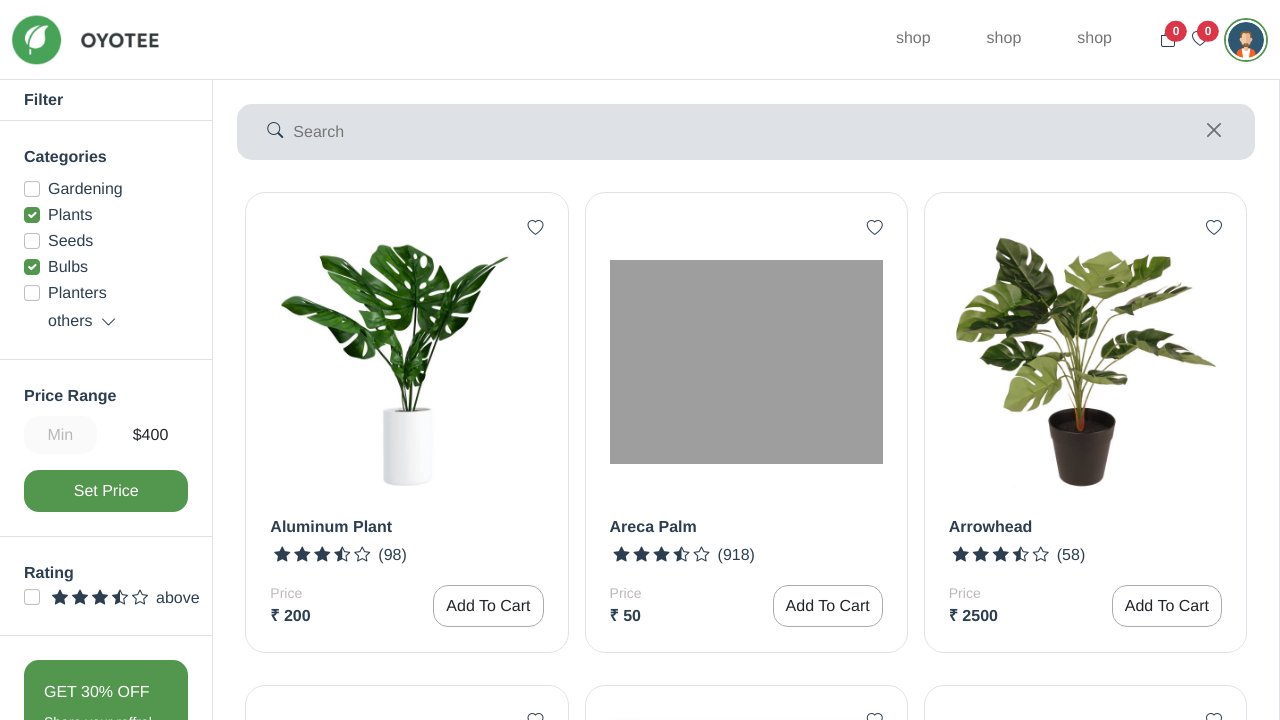
Repository: arpitaWebD/PlantShopping
Page: /
An editor plug-in stored every save of this project. The page is shown before and after the next save, followed by the edit.
The browser window is 1280 px wide. The pictures show the whole page.
Pictures or frames that could not be fetched are drawn as grey boxes. An inner scrolling area shows only its first screen. Some web libraries are served in a nearby version. The project was rebuilt for these pictures with package versions that can differ from the ones it lists, and the page was loaded fresh each time. Also part of the build but not shown: src/components/ProductPreview.vue, src/views/AddToCart.vue, src/views/WishList.vue, src/components/Login.vue.

Above is the page before, as saved 2022-01-24 15:31:26.

### index.html
<!DOCTYPE html>
<html lang="en">
<head>
  <meta charset="UTF-8">
  <link rel="icon" href="/favicon.ico" />
  <meta name="viewport" content="width=device-width, initial-scale=1.0">
  <!-- bootstrap -->
  <link href="https://cdn.jsdelivr.net/npm/bootstrap@5.1.3/dist/css/bootstrap.min.css" rel="stylesheet"
    integrity="sha384-1BmE4kWBq78iYhFldvKuhfTAU6auU8tT94WrHftjDbrCEXSU1oBoqyl2QvZ6jIW3" crossorigin="anonymous" />
  <!--icons -->
  <link rel="stylesheet" href="https://cdn.jsdelivr.net/npm/bootstrap-icons@1.7.1/font/bootstrap-icons.css" />
  <link rel="stylesheet" href="./src/index.css">
  <title>Vite App</title>
</head>
<body>
  <div id="app"></div>
  <script src="https://cdn.jsdelivr.net/npm/bootstrap@5.0.2/dist/js/bootstrap.bundle.min.js"
    integrity="sha384-MrcW6ZMFYlzcLA8Nl+NtUVF0sA7MsXsP1UyJoMp4YLEuNSfAP+JcXn/tWtIaxVXM" crossorigin="anonymous"></script>
  <script type="module" src="/src/main.js"></script>
</body>
</html>

### src/index.css
#app {
  font-family: Avenir, Helvetica, Arial, sans-serif;
  -webkit-font-smoothing: antialiased;
  -moz-osx-font-smoothing: grayscale;
  color: #2c3e50;
  height: 100vh;
}

body {
  margin: 0;
  height: 100vh;
}

/* color code */
:root {
  --green: #175b19;
  --secondary-color: #ffc327;
  --light-gray: #f6f6f6;
  --dark-gray: #485853;
  --primary-color: #53974f;
  --dark-green: #08220e;
  --light-green: #abb3a3;
  --brown: #957f65;
}

a {
  text-decoration: none;
  color: #2c3e50;
}

.primary-btn {
  width: 100%;
  border-radius: 15px;
  color: #fff;
  background: #53974f;
  line-height: 1;
  height: 42px;
  text-transform: capitalize;
  display: flex;
  justify-content: center;
  align-items: center;
}

.primary-btn:hover {
  color: #fff;
}

.primary-btn.yellow-btn {
  background: #ffc327;
  color: var(--dark-gray);
}

.secondary-btn {
  width: 100%;
  border-radius: 15px;
  border: 1px solid #ababab;
  line-height: 1;
  height: 42px;
  text-transform: capitalize;
  display: flex;
  justify-content: center;
  align-items: center;
  cursor: pointer;
  font-weight: 500;
}

.secondary-btn:hover,
.secondary-btn.active {
  color: #fff;
  background: #53974f;
}

.secondary-btn:hover a,
.secondary-btn.active a {
  color: #fff;
}

.btn-check:focus+.btn,
.btn:focus {
  box-shadow: none;
}

.form-check-input:checked {
  background-color: #53974f;
  border-color: #53974f;
}

.form-check-input:checked+.form-check-label {
  font-weight: 500;
}

input:focus {
  outline: 0;
}

/* header */
.header {
  height: 80px;
}

.header .logo {
  height: 50px;
}

.n-links li {
  color: #ababab;
  height: 100%;
  display: flex;
  align-items: center;
  margin-right: 40px;
  cursor: pointer;
  border-bottom: 3px solid transparent;
}

.n-links li.active {
  color: #000;
  border-bottom: 3px solid #53974f;
}

.cart-icon {
  position: relative;
  cursor: pointer;
}

.cart-icon .cart-badge {
  position: absolute;
  background: #dc3545;
  color: #fff;
  border-radius: 100%;
  height: 17px;
  width: 17px;
  font-size: 10px;
  display: flex;
  align-items: center;
  justify-content: center;
  right: -5px;
  bottom: 0;
  border: 2px solid #fff;
}

.avatar-icon {
  border: 2px solid #53974f;
  border-radius: 100%;
}

.avatar-icon img {
  border: 2px solid #fff;
  border-radius: 100%;
}

/* left sidebar */
.left-sidebar .left-sidebar-header {
  text-transform: capitalize;
  font-weight: 600;
  text-align: left;
  display: block;
}

.disable-btn {
  background: #fafafa;
  border-radius: 15px;
  display: flex;
  justify-content: center;
  align-items: center;
  text-transform: capitalize;
  color: #b8b8b8;
}

.discount-card {
  background-color: #53974f;
  border-radius: 15px;
  padding: 20px;
  color: #fff;
}

.discount-card .title {
  font-weight: 500;
  text-transform: uppercase;
}

.sub-title {
  font-size: 14px;
}

/* main */
.search-icon {
  border-radius: 15px;
  background: #dee2e6;
  padding: 15px 30px;
}

.search-icon-round {
  border-radius: 15px 15px 0 0;
}

.search-icon input {
  background-color: transparent;
}

.product-card {
  border: 1px solid #ababab;
  border-radius: 20px;
  position: relative;
  background-color: #fff;
  cursor: pointer;
}

.product-card img {
  height: 290px;
  width: 100%;
  object-fit: contain;
}

.add-product img {
  height: 90px;
}

.product-card .img-section {
  position: relative;
}

.product-card .img-section .like-icon {
  position: absolute;
  right: 0;
  top: 0;
}

.like-icon {
  cursor: pointer
}

.product-card .price-name {
  color: #bfb8b8;
  font-size: 14px;
}

/* right0sidebar */
.right-sidebar {
  position: relative;
  height: 100%;
}

.rs-footer {
  position: absolute;
  bottom: 0;
  width: calc(100% - 3rem);
  background: #fff;
}

.right-sidebar .main-title {
  font-size: 22px;
  font-weight: 500;
  text-transform: capitalize;
  white-space: nowrap;
  overflow: hidden;
  text-overflow: ellipsis;
}
.right-sidebar .img-section {
  height: 200px;
}
.right-sidebar .main-subtitle {
  font-size: 14px;
  color: #ababb8;
  line-height: 16px;
  white-space: nowrap;
  overflow: hidden;
  text-overflow: ellipsis;
}

.tab {
  text-transform: capitalize;
  text-align: center;
  border-bottom: 3px solid transparent;
  cursor: pointer;
  padding-bottom: 10px;
}

.tab-active {
  border-bottom: 3px solid #53974f;
}

.rs-img-section {
  position: relative;
}

.rs-close {
  right: 0;
  top: 10px;
  background: #fafafa;
  height: 30px;
  width: 30px;
  border-radius: 7px;
  display: flex;
  justify-content: center;
  align-items: center;
  position: absolute;
  cursor: pointer;
}

.rs-slider .rs-slider-img {
  height: 50px;
  width: 50px;
  display: flex;
  align-items: center;
  justify-content: center;
  justify-content: space-between;
  border-radius: 10px;
}

.rs-slider-img img {
  object-fit: cover;
  height: 100%;
  width: 100%;
  border-radius: 10px;
}

.hidden {
  display: none;
}

.modal-new {
  left: 50%;
  top: 50%;
  z-index: 2;
  background: #fff;
  transform: translate(-50%, -50%);
  padding: 30px;
  border-radius: 30px;
  position: absolute;
}

.overlay {
  width: 100vw;
  height: 100vh;
  background: #0a0a0a9c;
  z-index: 1;
  position: absolute;
  inset: 0;
}

.close-modal {
  border: none;
  background: transparent;
  position: absolute;
  right: 10px;
  font-size: 50px;
  top: -10px;
}

.search-menu {
  position: relative;
}

.search-dropdown {
  position: absolute;
  background: #fff;
  width: 100%;
  z-index: 1;
}

.search-dropdown ul li {
  padding: 10px;
  cursor: pointer;
}

.search-dropdown ul li:hover {
  background: #e1e1e1;
}

.search-dropdown ul li:not(:last-child) {
  border-bottom: 1px solid #dee2e6;
}

.search-dropdown ul li:last-child {
  border-radius: 0 0 15px 15px;
}

.search-dropdown ul {
  box-shadow: 0 4px 5px #0000006b;
  border-radius: 0 0 15px 15px;
}

.product-detail {
  height: calc(100% - 100px);
  overflow: auto;
}

.addCart-card {
  height: calc(100% - 80px);
  overflow: hidden;
}

.fav-icon {
  color: #dc3545;
}

@media screen and (max-width: 767px) {
  .product-card img {
    height: 290px;
    width: 100%;
    max-height: 200px;
    max-width: 100%;
    object-fit: contain;
  }

  img.logo {
    height: 48px;
  }

  .navbar-collapse {
    position: absolute;
    top: 80px;
    left: 0px;
    width: 100%;
    background: rgb(248, 249, 250);
    z-index: 1;
    box-shadow: rgba(50, 50, 93, 0.25) 0px 6px 12px -2px, rgba(0, 0, 0, 0.3) 0px 3px 7px -3px;
  }

  .addCart-card img {
    width: 100%;
  }
}

### src/App.vue
<template>
  <Navbar />
  <router-view />
</template>

<script>
import Navbar from "./components/Navbar.vue";
export default {
  components: {
    Navbar,
  },
};
</script>

### src/router.js

import { createRouter, createWebHistory } from "vue-router";
import Home from "./views/Home.vue";
import AddCart from "./views/AddToCart.vue";
import WishList from "./views/WishList.vue";
import Login from "./components/Login.vue";

const routes = [
    {
        path: "/",
        name: "Home",
        component: Home
    },
    {
        path: "/AddCart",
        name: "AddCart",
        component: AddCart
    },
    {
        path: "/WishList",
        name: "WishList",
        component: WishList
    },
    {
        path: "/login",
        name: "login",
        component: Login
    },
]
const router = createRouter({

    history: createWebHistory(),
    routes
});
export default router

### src/components/Navbar.vue
<template>
  <nav class="navbar navbar-expand-md navbar-light border-bottom header">
    <div class="container-fluid">
      <a class="navbar-brand" href="#">
        <router-link :to="{ name: 'Home' }">
          <img src="../assets/logo.png" alt="logo" class="logo" />
        </router-link>
      </a>
      <button
        class="navbar-toggler"
        type="button"
        data-bs-toggle="collapse"
        data-bs-target="#navbarNavAltMarkup"
      >
        <span class="navbar-toggler-icon"></span>
      </button>
      <div
        class="collapse navbar-collapse justify-content-md-end justify-content-center"
        id="navbarNavAltMarkup"
      >
        <div class="navbar-nav">
          <ul
            class="d-flex flex-column flex-md-row list-unstyled mb-0 h-100 align-items-center n-links"
          >
            <li class="nav-link">shop</li>
            <li class="nav-link">shop</li>
            <li class="nav-link">shop</li>
          </ul>
        </div>
        <div class="d-flex justify-content-center align-items-center">
          <div class="dropdown">
            <router-link :to="{ name: 'AddCart' }">
              <div class="me-3 cart-icon">
                <i class="bi bi-bag fa-2x"></i>
                <span
                  class="position-absolute bottom-0 start-100 translate-middle badge rounded-pill bg-danger"
                  >{{ cart.length }}</span
                >
              </div>
            </router-link>
          </div>
          <div class="me-3">
            <router-link :to="{ name: 'WishList' }">
              <div class="cart-icon">
                <i class="bi bi-heart fa-2x"></i>
                <span
                  class="position-absolute bottom-0 start-100 translate-middle badge rounded-pill bg-danger"
                  >{{ wishList.length }}</span
                >
              </div>
            </router-link>
          </div>
          <div class="avatar-icon">
            <img src="../assets/avatar.png" alt="avatar" width="40" />
          </div>
        </div>
      </div>
    </div>
  </nav>
</template>

<script>
import { mapState, mapMutations } from "vuex";
export default {
  computed: {
    ...mapState(["products", "cart", "wishList"]),
  },
};
</script>

### src/views/Home.vue
<template>
  <div class="addCart-card row p-0 m-0 flex-grow-1 main">
    <!-- <Login /> -->
    <LeftSidebar />
    <ProductView />
  </div>
</template>

<script>
import ProductView from "../views/ProductView.vue";
import LeftSidebar from "../views/LeftSidebar.vue";
// import Login from "../components/Login.vue";
export default {
  name: "Home",
  components: {
    ProductView,
    LeftSidebar,
  },
};
</script>

### src/views/ProductView.vue
<template>
  <div class="col-lg-9 col-xl-10 col-md-8 p-0 h-100">
    <div class="row m-0 h-100">
      <div
        class="border-end p-4 h-100 overflow-auto"
        :class="[showPreview ? 'col-md-7 col-lg-8' : 'col-lg-12 col-md-12']"
      >
        <Search :searchItem="searchItem" :filterProduct="filterProduct" />
        <div v-if="search.length > 0">
          Searching for <b>{{ search }}</b>
        </div>
        <div v-if="filterProduct.length">
          <div class="row g-3 m-0">
            <div
              class="col-sm-12"
              :class="[
                showPreview
                  ? 'col-md-12 col-xl-6 col-xxl-4'
                  : 'col-md-6 col-lg-4',
              ]"
              v-for="(product, index) in filterProduct"
              :key="index"
            >
              <Product :products="product" />
            </div>
          </div>
        </div>
        <div v-else class="d-flex justify-content-center">
          <img src="../assets/no-result.png" />
        </div>
      </div>
      <div class="col-md-5 col-lg-4 p-0" v-show="showPreview">
        <ProductPreview
          v-for="productPreview in productPreviews"
          :key="productPreview.id"
          :productPreviews="productPreview"
        />
      </div>
    </div>
  </div>
</template>

<script>
import Product from "../components/Product.vue";
import ProductPreview from "../components/ProductPreview.vue";
import Search from "../components/Search.vue";
import { mapMutations, mapState, mapGetters } from "vuex";
export default {
  components: {
    Product,
    ProductPreview,
    Search,
  },
  data() {
    return {
      search: "",
    };
  },
  computed: {
    ...mapState(["products", "showPreview", "productPreviews"]),
    ...mapGetters(["getProduct"]),

    filterProduct() {
      return this.products.filter((product) => {
        var productName = product.name.toLowerCase();
        var searchName = this.search.toLowerCase();
        return productName.includes(searchName);
      });
    },
  },
  methods: {
    ...mapMutations(["productPreview"]),
    searchItem(search) {
      this.search = search;
      console.log(search);
      return search;
    },
  },
};
</script>

### src/views/LeftSidebar.vue
<template>
  <div class="col-md-4 col-lg-3 col-xl-2 p-0 border-end left-sidebar h-100">
    <div class="border-bottom px-4 py-2">
      <span class="left-sidebar-header">filter</span>
    </div>
    <div class="border-bottom p-4">
      <span class="left-sidebar-header">categories</span>
      <div class="mt-2">
        <div>
          <div class="form-check">
            <input
              class="form-check-input"
              type="checkbox"
              value=""
              id="flexCheckDefault"
            />
            <label class="form-check-label" for="flexCheckDefault">
              Gardening
            </label>
          </div>
          <div class="form-check">
            <input
              class="form-check-input"
              type="checkbox"
              value=""
              id="flexCheckChecked"
              checked
            />
            <label class="form-check-label" for="flexCheckChecked">
              Plants
            </label>
          </div>
          <div class="form-check">
            <input
              class="form-check-input"
              type="checkbox"
              value=""
              id="flexCheckDefault1"
            />
            <label class="form-check-label" for="flexCheckDefault1">
              Seeds
            </label>
          </div>
          <div class="form-check">
            <input
              class="form-check-input"
              type="checkbox"
              value=""
              id="flexCheckChecked2"
              checked
            />
            <label class="form-check-label" for="flexCheckChecked2">
              Bulbs
            </label>
          </div>

          <div class="form-check">
            <input
              class="form-check-input"
              type="checkbox"
              value=""
              id="flexCheckDefault3"
            />
            <label class="form-check-label" for="flexCheckDefault3">
              Planters
            </label>
          </div>
        </div>
        <div class="d-flex align-items-center ms-4">
          <span>others</span>
          <span class="d-flex mt-1 ms-2"
            ><i class="bi bi-chevron-down"></i
          ></span>
        </div>
      </div>
    </div>
    <div class="border-bottom p-4">
      <span class="left-sidebar-header">Price range</span>
      <div class="mt-2 d-flex mb-3">
        <div class="w-50 me-3 disable-btn">min</div>
        <div class="w-50 btn secoudary-btn">$400</div>
      </div>
      <div>
        <button class="btn primary-btn" type="button">set price</button>
      </div>
    </div>
    <div class="border-bottom p-4">
      <span class="left-sidebar-header">Rating</span>
      <div class="d-flex align-items-center">
        <div class="form-check">
          <input
            class="form-check-input"
            type="checkbox"
            value=""
            id="flexCheckDefault"
          />
        </div>
        <div class="d-flex">
          <span class="ms-1"><i class="bi bi-star-fill"></i></span>
          <span class="ms-1"><i class="bi bi-star-fill"></i></span>
          <span class="ms-1"><i class="bi bi-star-fill"></i></span>
          <span class="ms-1"><i class="bi bi-star-half"></i></span>
          <span class="ms-1"><i class="bi bi-star"></i></span>
        </div>
        <div class="ms-2">above</div>
      </div>
    </div>
    <div class="p-4">
      <div class="discount-card d-flex flex-column">
        <span class="title">Get 30% off</span>
        <span class="sub-title my-2">
          Share your reffral code and get discount!
        </span>
        <button class="btn primary-btn yellow-btn" type="button">share</button>
      </div>
    </div>
  </div>
</template>

<script>
export default {};
</script>

<style></style>

### src/components/Product.vue
<template>
  <div class="product-card p-4 border my-2">
    <div class="img-section text-center">
      <img
        :src="products.url"
        alt="product img"
        @click="productPreview(products)"
      />
      <div class="like-icon" @click="addToWishlist(products)">
        <i
          class="bi"
          :class="[
            !products.likeProductq ? 'bi-heart' : 'bi-heart-fill fav-icon',
          ]"
        ></i>
      </div>
    </div>
    <div class="mt-2">
      <div class="text-start fw-bold">
        {{ products.name }}
      </div>
      <div class="d-flex mt-1">
        <div class="d-flex">
          <span class="ms-1"><i class="bi bi-star-fill"></i></span>
          <span class="ms-1"><i class="bi bi-star-fill"></i></span>
          <span class="ms-1"><i class="bi bi-star-fill"></i></span>
          <span class="ms-1"><i class="bi bi-star-half"></i></span>
          <span class="ms-1"><i class="bi bi-star"></i></span>
        </div>
        <span class="ms-2">({{ products.reviewCount }})</span>
      </div>
    </div>
    <div class="d-flex align-items-center justify-content-between mt-3">
      <div class="d-flex flex-column">
        <span class="price-name">Price</span>
        <span
          ><b>₹ {{ products.price }}</b></span
        >
      </div>
      <div>
        <button
          class="btn secondary-btn"
          type="button"
          @click="addToCart(products)"
        >
          Add to cart
        </button>
      </div>
    </div>
  </div>
</template>

<script>
import { mapState, mapMutations } from "vuex";
export default {
  computed: {
    ...mapState(["products", "cart", "wishList", "wishlistProductt"]),
  },
  methods: {
    ...mapMutations([
      "addToCart",
      "likeProduct",
      "addToWishlist",
      "productPreview",
    ]),
  },
  props: ["products"],
};
</script>

### src/components/Search.vue
<template>
  <div class="search-menu mb-2">
    <div class="d-flex search-icon" :class="{ 'search-icon-round': modal }">
      <span class="me-2"><i class="bi bi-search"></i></span>
      <input
        type="text"
        placeholder="Search"
        v-model="search"
        class="flex-grow-1 border-0"
        @input="searchItem(search)"
        @focus="modal = true"
      />
      <button
        type="button"
        class="btn-close btn-sm btn"
        aria-label="Close"
        @click="close()"
      ></button>
    </div>
    <div v-if="search.length" class="search-dropdown">
      <ul v-if="search.length" class="list-unstyled mb-0">
        <li
          v-for="filterdState in filterProduct"
          :key="filterdState.id"
          @click="setState(filterdState)"
        >
          <div class="row">
            <div class="col-2 d-flex justify-content-center align-items-center">
              <img :src="filterdState.url" height="80" class="rounded-3" />
            </div>
            <div class="d-flex flex-column col-10">
              <span class="fw-bold">{{ filterdState.name }}</span>
              <span> {{ filterdState.shortdesc }}</span>
              <span class="fw-bold">₹ {{ filterdState.price }}</span>
            </div>
          </div>
        </li>
      </ul>
      <ul v-else class="list-unstyled mb-0 no-result">
        <li class="text-center fw-bold">No results...</li>
      </ul>
    </div>
  </div>
</template>

<script>
export default {
  data() {
    return {
      search: "",
    };
  },
  props: {
    searchItem: Function,
    filterProduct: Function,
  },
};
</script>

Loaded but not shown: src/main.js (207 lines, source omitted)

After the next save:
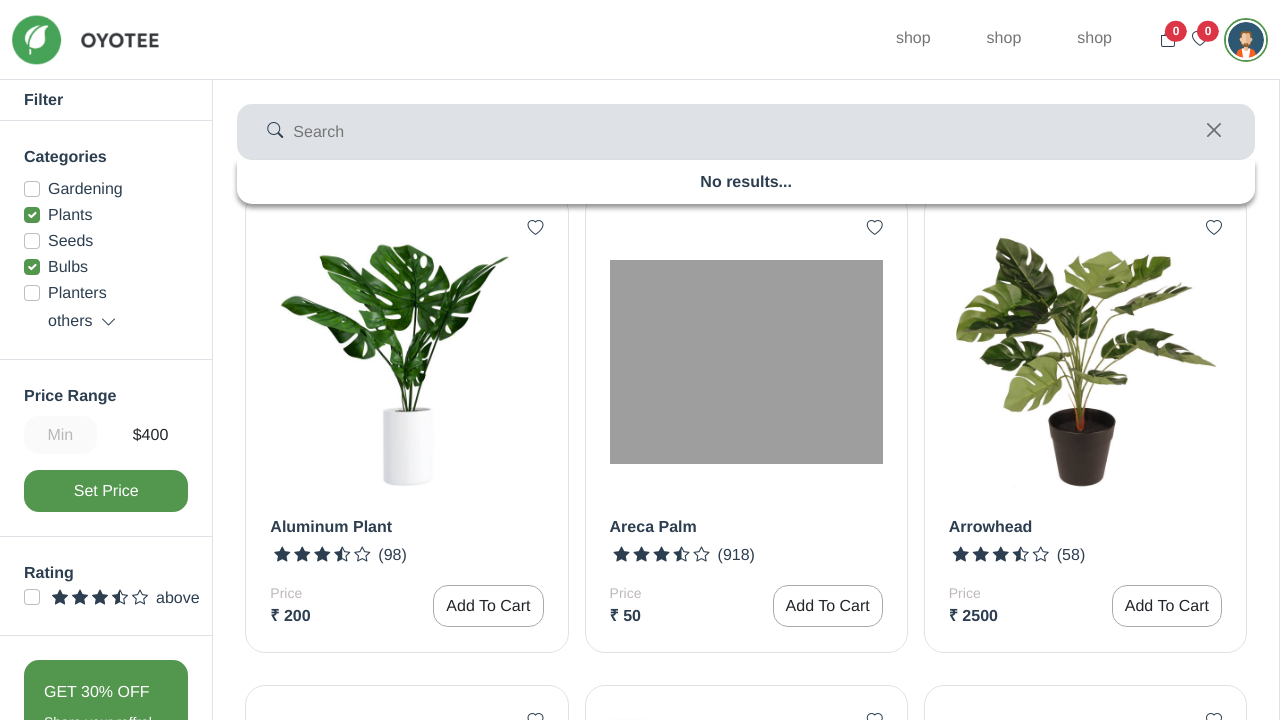
Saved 20 s later.
--- a/src/components/Search.vue
+++ b/src/components/Search.vue
@@ -17,7 +17,7 @@
         @click="close()"
       ></button>
     </div>
-    <div v-if="search.length" class="search-dropdown">
+    <div class="search-dropdown">
       <ul v-if="search.length" class="list-unstyled mb-0">
         <li
           v-for="filterdState in filterProduct"

After the 2 saves that followed:
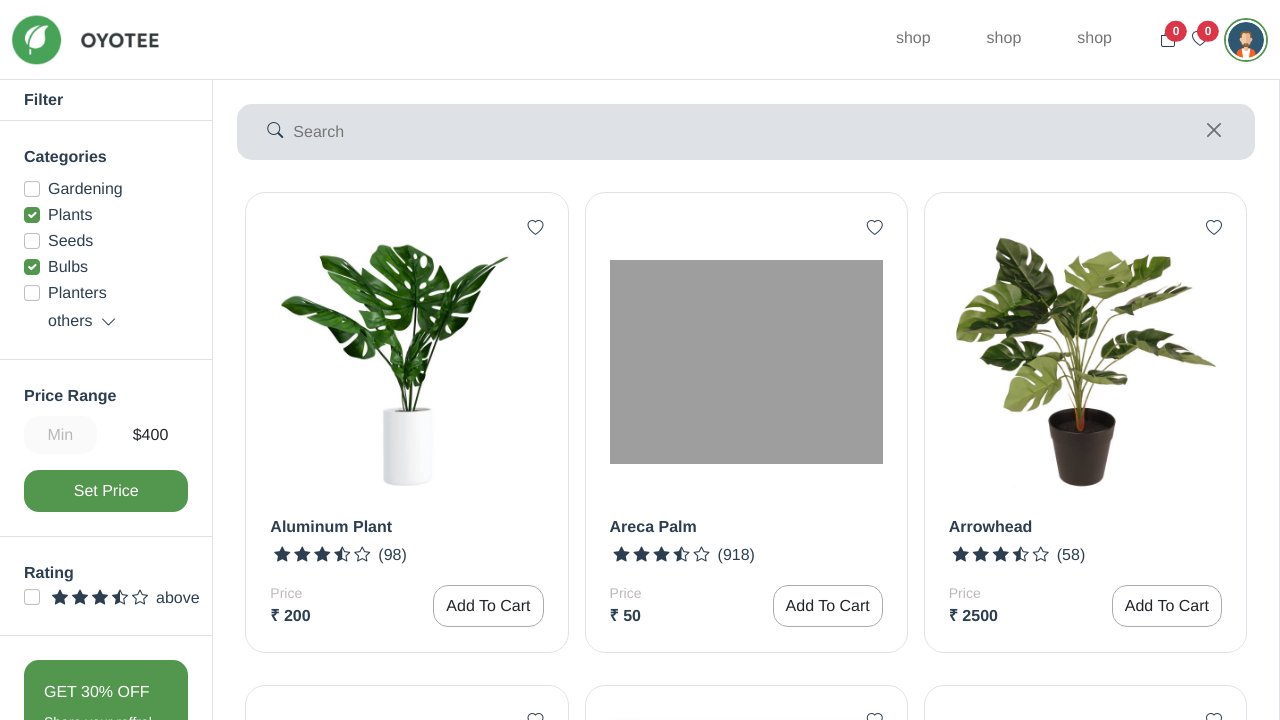
The 2 saves are shown as one change because 1 left the picture as it was.
The last was saved 61 s later.
--- a/src/components/Search.vue
+++ b/src/components/Search.vue
@@ -18,7 +18,7 @@
       ></button>
     </div>
     <div class="search-dropdown">
-      <ul v-if="search.length" class="list-unstyled mb-0">
+      <ul v-if="search.length > 0" class="list-unstyled mb-0">
         <li
           v-for="filterdState in filterProduct"
           :key="filterdState.id"
@@ -36,7 +36,10 @@
           </div>
         </li>
       </ul>
-      <ul v-else class="list-unstyled mb-0 no-result">
+      <ul
+        v-if="(filterProduct.length = 0)"
+        class="list-unstyled mb-0 no-result"
+      >
         <li class="text-center fw-bold">No results...</li>
       </ul>
     </div>
